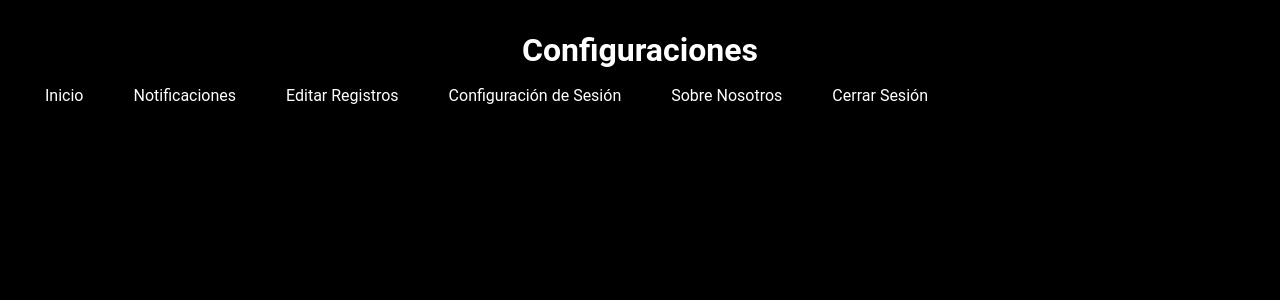
Repository: EddyWebz/updat
Page: privado/config.html
These files come from the project's save history. The page is drawn as it stood at one moment and after the next save; the edit follows.
The browser window is 1280 px wide. The pictures show the whole page.

Above is the page before, as saved 2024-09-15 16:44:24.

### privado/config.html
<!DOCTYPE html>
<html lang="es">
<head>
    <meta charset="UTF-8">
    <meta name="viewport" content="width=device-width, initial-scale=1, maximum-scale=1, user-scalable=no">
    <title>Configuraciones</title>
    <link rel="stylesheet" href="/config.css">
    <link rel="apple-touch-icon" sizes="180x180" href="/ico/apple-touch-icon.png">
    <link rel="icon" type="image/png" sizes="32x32" href="/ico/favicon-32x32.png">
    <link rel="icon" type="image/png" sizes="16x16" href="/ico/favicon-16x16.png">
    <link rel="manifest" href="/ico/site.webmanifest">
    <link rel="stylesheet" href="https://cdnjs.cloudflare.com/ajax/libs/font-awesome/6.0.0-beta3/css/all.min.css">
</head>

<body>
    <header>
        <h1>Configuraciones</h1>
    </header>

    <!-- Menú desplegable para móviles -->
    <div class="dropdown-menu">
        <button class="menu-icon">
            <i class="fas fa-bars"></i> <!-- Ícono de Font Awesome -->
        </button>
        <div class="dropdown-content">
            <a href="#" id="home-link">Inicio</a>
            <a href="#" id="notifications-link">Notificaciones</a>
            <a href="#" id="editarRegistros">Editar Registros</a>
            <a href="#" id="configSesion">Configuración de Sesión</a>
            <a href="#" id="sobreNosotros">Sobre Nosotros</a>
            <a href="#" id="logout-button">Cerrar Sesión</a>
        </div>
    </div>

    <!-- Secciones de contenido ocultas inicialmente -->
    <div id="contenido-editar" style="display: none;">
        <h2>Editar Registros</h2>
        <!-- Opciones de Fechas -->
    <select id="dateOption" name="dateOption">
    <option value="7days">Últimos 7 días</option>
    <option value="15days">Últimos 15 días</option>
    <option value="1month" selected>Último mes</option>
    <option value="2months">Últimos 2 meses</option>
    <option value="manual">Personalizado</option>
    </select>

    <!-- Campos para el rango de fechas personalizado -->
    <div id="customDate" style="display: none;">  <!-- Inicialmente oculto -->
    <label for="startDate">Fecha de inicio:</label>
    <input type="date" id="startDate" name="startDate">

    <label for="endDate">Fecha de fin:</label>
    <input type="date" id="endDate" name="endDate">
    </div>

                <section id="history">
                    <input type="text" id="searchInput" placeholder="Buscar por nombre o placa">
                    <button id="searchButton">Buscar</button>
                    <div id="searchCards" style="display: none;">
                        <div id="searchResults" ></div>
                    </div>

                </section>

    </div>

    <div id="contenido-sesion" style="display: none;">
        <h2>Configuración de Sesión</h2>
        <p>Aquí puedes configurar tu sesión.</p>
        <p>Aquí tienes dos párrafos de texto "Lorem Ipsum":

            Lorem ipsum dolor sit amet, consectetur adipiscing elit. Praesent tincidunt sapien eget augue dictum, in cursus neque consectetur. Nulla facilisi. Integer ac augue ut velit convallis facilisis non a magna. Nulla malesuada augue sit amet magna fermentum, sed vulputate sapien finibus. Ut viverra orci at orci vulputate, a condimentum metus facilisis. Proin non faucibus augue. Duis maximus, sapien ac efficitur rhoncus, libero lacus convallis augue, vel dapibus ligula dolor nec mauris. Vestibulum tempor libero at turpis consequat vehicula. Sed luctus metus sit amet mauris malesuada, ac pharetra velit tincidunt. Ut feugiat magna eu libero dapibus tincidunt.

            Sed suscipit urna a erat scelerisque suscipit. Etiam ac nibh ac tortor mollis sollicitudin. Vivamus pellentesque velit non suscipit hendrerit. Phasellus feugiat elit eu purus suscipit, et ultricies nunc tempor. Nulla facilisi. Ut auctor sapien at magna vestibulum tincidunt. Vestibulum scelerisque justo at dui aliquam, id viverra odio mollis. Integer dignissim libero non risus tincidunt, vel feugiat magna fringilla. Nunc vitae neque nec nisi porttitor fringilla ac id velit. Nam a urna vel tortor lobortis bibendum vel sed nisi. Curabitur a orci non ante fermentum scelerisque ac nec arcu. Proin in tellus nec enim maximus suscipit eget nec turpis.</p>
    </div>

    <div id="contenido-nosotros" style="display: none;">
        <h2>Acerca de Nosotros</h2>
        <p>Información sobre nosotros.</p>
<p>Aquí tienes dos párrafos de texto "Lorem Ipsum":

    Lorem ipsum dolor sit amet, consectetur adipiscing elit. Praesent tincidunt sapien eget augue dictum, in cursus neque consectetur. Nulla facilisi. Integer ac augue ut velit convallis facilisis non a magna. Nulla malesuada augue sit amet magna fermentum, sed vulputate sapien finibus. Ut viverra orci at orci vulputate, a condimentum metus facilisis. Proin non faucibus augue. Duis maximus, sapien ac efficitur rhoncus, libero lacus convallis augue, vel dapibus ligula dolor nec mauris. Vestibulum tempor libero at turpis consequat vehicula. Sed luctus metus sit amet mauris malesuada, ac pharetra velit tincidunt. Ut feugiat magna eu libero dapibus tincidunt.

    Sed suscipit urna a erat scelerisque suscipit. Etiam ac nibh ac tortor mollis sollicitudin. Vivamus pellentesque velit non suscipit hendrerit. Phasellus feugiat elit eu purus suscipit, et ultricies nunc tempor. Nulla facilisi. Ut auctor sapien at magna vestibulum tincidunt. Vestibulum scelerisque justo at dui aliquam, id viverra odio mollis. Integer dignissim libero non risus tincidunt, vel feugiat magna fringilla. Nunc vitae neque nec nisi porttitor fringilla ac id velit. Nam a urna vel tortor lobortis bibendum vel sed nisi. Curabitur a orci non ante fermentum scelerisque ac nec arcu. Proin in tellus nec enim maximus suscipit eget nec turpis.</p>
    <p>Aquí tienes dos párrafos de texto "Lorem Ipsum":

        Lorem ipsum dolor sit amet, consectetur adipiscing elit. Praesent tincidunt sapien eget augue dictum, in cursus neque consectetur. Nulla facilisi. Integer ac augue ut velit convallis facilisis non a magna. Nulla malesuada augue sit amet magna fermentum, sed vulputate sapien finibus. Ut viverra orci at orci vulputate, a condimentum metus facilisis. Proin non faucibus augue. Duis maximus, sapien ac efficitur rhoncus, libero lacus convallis augue, vel dapibus ligula dolor nec mauris. Vestibulum tempor libero at turpis consequat vehicula. Sed luctus metus sit amet mauris malesuada, ac pharetra velit tincidunt. Ut feugiat magna eu libero dapibus tincidunt.

        Sed suscipit urna a erat scelerisque suscipit. Etiam ac nibh ac tortor mollis sollicitudin. Vivamus pellentesque velit non suscipit hendrerit. Phasellus feugiat elit eu purus suscipit, et ultricies nunc tempor. Nulla facilisi. Ut auctor sapien at magna vestibulum tincidunt. Vestibulum scelerisque justo at dui aliquam, id viverra odio mollis. Integer dignissim libero non risus tincidunt, vel feugiat magna fringilla. Nunc vitae neque nec nisi porttitor fringilla ac id velit. Nam a urna vel tortor lobortis bibendum vel sed nisi. Curabitur a orci non ante fermentum scelerisque ac nec arcu. Proin in tellus nec enim maximus suscipit eget nec turpis.</p>
        <p>Aquí tienes dos párrafos de texto "Lorem Ipsum":

            Lorem ipsum dolor sit amet, consectetur adipiscing elit. Praesent tincidunt sapien eget augue dictum, in cursus neque consectetur. Nulla facilisi. Integer ac augue ut velit convallis facilisis non a magna. Nulla malesuada augue sit amet magna fermentum, sed vulputate sapien finibus. Ut viverra orci at orci vulputate, a condimentum metus facilisis. Proin non faucibus augue. Duis maximus, sapien ac efficitur rhoncus, libero lacus convallis augue, vel dapibus ligula dolor nec mauris. Vestibulum tempor libero at turpis consequat vehicula. Sed luctus metus sit amet mauris malesuada, ac pharetra velit tincidunt. Ut feugiat magna eu libero dapibus tincidunt.

            Sed suscipit urna a erat scelerisque suscipit. Etiam ac nibh ac tortor mollis sollicitudin. Vivamus pellentesque velit non suscipit hendrerit. Phasellus feugiat elit eu purus suscipit, et ultricies nunc tempor. Nulla facilisi. Ut auctor sapien at magna vestibulum tincidunt. Vestibulum scelerisque justo at dui aliquam, id viverra odio mollis. Integer dignissim libero non risus tincidunt, vel feugiat magna fringilla. Nunc vitae neque nec nisi porttitor fringilla ac id velit. Nam a urna vel tortor lobortis bibendum vel sed nisi. Curabitur a orci non ante fermentum scelerisque ac nec arcu. Proin in tellus nec enim maximus suscipit eget nec turpis.</p>
            <p>Aquí tienes dos párrafos de texto "Lorem Ipsum":

                Lorem ipsum dolor sit amet, consectetur adipiscing elit. Praesent tincidunt sapien eget augue dictum, in cursus neque consectetur. Nulla facilisi. Integer ac augue ut velit convallis facilisis non a magna. Nulla malesuada augue sit amet magna fermentum, sed vulputate sapien finibus. Ut viverra orci at orci vulputate, a condimentum metus facilisis. Proin non faucibus augue. Duis maximus, sapien ac efficitur rhoncus, libero lacus convallis augue, vel dapibus ligula dolor nec mauris. Vestibulum tempor libero at turpis consequat vehicula. Sed luctus metus sit amet mauris malesuada, ac pharetra velit tincidunt. Ut feugiat magna eu libero dapibus tincidunt.

                Sed suscipit urna a erat scelerisque suscipit. Etiam ac nibh ac tortor mollis sollicitudin. Vivamus pellentesque velit non suscipit hendrerit. Phasellus feugiat elit eu purus suscipit, et ultricies nunc tempor. Nulla facilisi. Ut auctor sapien at magna vestibulum tincidunt. Vestibulum scelerisque justo at dui aliquam, id viverra odio mollis. Integer dignissim libero non risus tincidunt, vel feugiat magna fringilla. Nunc vitae neque nec nisi porttitor fringilla ac id velit. Nam a urna vel tortor lobortis bibendum vel sed nisi. Curabitur a orci non ante fermentum scelerisque ac nec arcu. Proin in tellus nec enim maximus suscipit eget nec turpis.</p>
    </div>

    <!-- Scripts -->
    <script src="/config.js"></script>
</body>
</html>

### BASE-2/config.css
/* Estilos Generales */
body {
    background-color: #000000;
    color: #e0e0e0;
    font-family: 'Roboto', sans-serif;
    margin: 0;
    padding: 0;
    overflow-x: hidden; /* Evitar el desplazamiento horizontal */
    display: flex;
    flex-direction: column;
    min-height: 100vh; /* Asegurar que el cuerpo tenga al menos el tamaño completo de la ventana */
}
/* Asegurar que el pie de página esté siempre en la parte inferior */
html, body {
    height: 100%;
    margin: 0;
    padding: 0;
    display: flex;
    flex-direction: column;
}

/* Contenedor Principal que crecerá para ocupar el espacio restante */
main {
    flex-grow: 1;
    padding: 20px;
    overflow-y: auto; /* Permitir que el contenido principal sea desplazable si es necesario */
    background-color: #1b1b1b;
}




header {
    background-color: #000000;
    color: #ffffff;
    padding: 10px ; /* Ajustamos el padding para reducir el espacio */
    text-align: center;


}

/* Menú desplegable para móviles */
.dropdown-menu {
    position: relative;
    z-index: 900;
    margin-top: -80px; /* Mover hacia arriba */
    margin-left: 20px; /* Añadir espacio a la izquierda */
    margin-bottom: 30px;
}

.menu-icon {
    background-color: #1b1b1b;
    color: #b0b0b0;
    border: 2px solid #ff8c00;
    padding: 10px;
    border-radius: 5px;
    cursor: pointer;
    font-size: 18px;
    transition: background-color 0.3s ease-in-out, transform 0.3s ease-in-out;
    box-shadow: 0 4px 8px rgba(0, 0, 0, 0.5);
}

.menu-icon:hover {
    background-color: #2a2a2a;
    transform: scale(1.1);
}

.menu-icon.open {
    transform: rotate(90deg);
}

.dropdown-content {
    position: absolute;
    left: 0;
    top: 100%;
    background-color: rgba(27, 27, 27, 0.95);
    min-width: 160px;
    box-shadow: 0px 8px 16px 0px rgba(0, 0, 0, 0.2);
    border-radius: 5px;
    z-index: 900;
    opacity: 0;
    transform: translateY(-10px);
    transition: opacity 0.4s ease, transform 0.4s ease;
    visibility: hidden;
    pointer-events: none;
}

.dropdown-content.show {
    opacity: 1;
    transform: translateY(0);
    visibility: visible;
    pointer-events: auto;
}

.dropdown-content a {
    color: #b0b0b0;
    padding: 12px 16px;
    text-decoration: none;
    display: block;
    transition: background-color 0.3s;
    border-bottom: 1px solid #2a2a2a;
}

.dropdown-content a:hover {
    background-color: #2a2a2a;
}

/* Para pantallas grandes: menú horizontal */
@media screen and (min-width: 972px) {
    /* Ocultar el ícono del menú desplegable en pantallas grandes */
    .menu-icon {
        display: none;
    }

    .dropdown-menu {
        display: flex;
        justify-content: flex-start; /* Alineamos el menú hacia la izquierda */
        background-color: #1b1b1b;
        margin-top: 30px; /* Mover hacia arriba */
        padding-left: 10px; /* Ajustamos el padding para que no quede pegado a la izquierda */
        margin-left: 10px; /* Añadir espacio a la izquierda */
        margin-right: 10px;
    }

    .dropdown-content {
        position: relative;
        display: flex;
        justify-content: flex-start; /* Comienza desde la izquierda */
        background-color: transparent;
        visibility: visible;
        opacity: 1;
        transform: none;
        pointer-events: auto;
        box-shadow: none;
    }

    .dropdown-content a {
        color: #ffffff;
        padding: 10px 15px;
        margin: 0 10px;
        border: none;
        display: inline-block;
        background-color: transparent;
        margin-top: -55px; /* Sube los botones 5px */
    }

    .dropdown-content a:hover {
        background-color: #ff8c00;
        color: #000000;
    }
}

/* Secciones de contenido que se mostrarán al hacer clic */
#contenido-editar, #contenido-sesion, #contenido-nosotros {
    margin-top: 0px;
    padding: 20px;
    background-color: #1b1b1b;
    color: #e0e0e0;
    display: none; /* Ocultar las secciones inicialmente */
    flex-grow: 1;
    overflow-y: auto; /* Habilitar scroll dentro de las secciones si es necesario */
    max-height: calc(100vh - 100px); /* Limitar la altura de las secciones, ajustando según el tamaño de la pantalla */
    transition: all 0.4s ease;


}

#contenido-editar, #contenido-sesion, #contenido-nosotros h2{
    margin-top: 0px;
    padding-top: 0px;
}


#contenido-editar {
    background-color: #121212; /* Un color ligeramente más claro para resaltar la sección */
    border-radius: 10px; /* Añadir bordes redondeados */
    padding: 20px;
    box-shadow: 0 4px 10px rgba(0, 0, 0, 0.5); /* Sombra para destacar */
}

#contenido-editar h2 {
    margin-top: 0; /* Mantener el margen y padding */
    padding-top: 0;
    font-size: 1.8rem; /* Aumentar un poco el tamaño del texto */
    color: #ff8c00; /* Cambiar color para destacar el título */
}

/* Estilo del select de fechas */
#dateOption {
    background-color: #1b1b1b;
    color: #b0b0b0;
    border: 1px solid #ff8c00;
    padding: 10px;
    border-radius: 6px;
    width: 40%;
    box-shadow: 0 4px 8px rgba(0, 0, 0, 0.2);
    transition: background-color 0.3s ease, border-color 0.3s ease;
    margin-bottom: 10px;
}

#dateOption:hover {
    background-color: #2a2a2a;
    border-color: #ff8c00;
}


/* Ajustes para los campos personalizados */
#customDate {
    display: block;
    margin-top: 10px;
    margin-bottom: 10px;
    width: 60%; /* El ancho general del contenedor */
}

#customDate input {
    display: block;
    background-color: #1b1b1b;
    color: #b0b0b0;
    border: 1px solid #ff8c00;
    padding: 8px;
    border-radius: 6px;
    width: 100%; /* Los inputs ocupan todo el ancho del contenedor */
    margin-bottom: 10px;
    transition: background-color 0.3s ease, border-color 0.3s ease;
}




/* Boton principal historial apertura / { campo fecha }*/
@media only screen and (max-width: 768px) {

/* estylos de la seccion fecha */

    #customDate {
        width: 80%; /* En móviles, que ocupe casi todo el ancho */
        flex-direction: column; /* Colocar los campos en columnas */
        justify-content: center; /* Alinear los elementos en el centro */
        gap: 10px;
    }

    #customDate input {
        width: 90%; /* En móviles, los campos deben ocupar todo el ancho del contenedor */
    }
}

/* Estilos para la búsqueda */
#searchInput {
    width: calc(100% - 120px);
    padding: 10px;
    margin-bottom: 10px;
    border: 1px solid #2a2a2a;
    border-radius: 4px;
    background-color: #121212;
    color: #b0b0b0;
    transition: border-color 0.3s, box-shadow 0.3s, background-color 0.3s;
}

#searchInput:hover {
    background-color: #1f1f1f; /* Oscurecer ligeramente el fondo */
    border-color: #ff8c00;
}

#searchButton {
    width: 100px;
    padding: 10px;
    margin-left: 10px;
    background-color: #ff8c00;
    color: #ffffff;
    border: none;
    border-radius: 6px;
    cursor: pointer;
    box-shadow: 0 4px 8px rgba(0, 0, 0, 0.2);
    transition: background-color 0.3s, box-shadow 0.3s;
}

#searchButton:hover {
    background-color: #d2691e;
    box-shadow: 0 6px 12px rgba(0, 0, 0, 0.3);
}

#searchResults h3 {
    color: #ff8c00;
}

#searchCards .history-card {
    margin-bottom: 10px;
}

/* Estilos para el contenedor de tarjetas de búsqueda */
#searchResults {
    display: grid;
    grid-template-columns: repeat(auto-fit, minmax(300px, 1fr)); /* Ajusta el número de columnas automáticamente */
    grid-gap: 20px; /* Espaciado entre tarjetas */
    margin-top: 20px;
    padding: 20px; /* Añadir padding dentro del contenedor */
    margin-bottom: 20px; /* Espaciado inferior para no cortar la última tarjeta */
}

/* Estilos de las tarjetas individuales de búsqueda */
.search-card {
    background-color: #1b1b1b;
    border: 1px solid #2a2a2a;
    padding: 15px;
    border-radius: 6px;
    box-shadow: 0 4px 8px rgba(0, 0, 0, 0.3);
    transition: box-shadow 0.3s ease-in-out, transform 0.3s ease-in-out;
    flex-direction: column; /* Asegura que el contenido interno esté bien alineado */
}

/* Efecto hover para las tarjetas de búsqueda */
.search-card:hover {
    background-color: #2a2a2a; /* Cambiar el color de fondo al hacer hover */
    box-shadow: 0 8px 16px rgba(0, 0, 0, 0.6); /* Aumentar la sombra */
    transform: translateY(-5px); /* Mover ligeramente hacia arriba */
    transition: background-color 0.3s ease, box-shadow 0.3s ease, transform 0.3s ease;
}

.search-card div {
    margin-bottom: 5px;
}

/* Estilos para las imágenes dentro de las tarjetas de búsqueda */
.search-card img {
    width: 60px;
    height: 60px;
    cursor: pointer;
    margin-right: 10px;
    border: 1px solid #2a2a2a;
    border-radius: 4px;
    transition: transform 0.3s;
}

.search-card img:hover {
    transform: scale(1.1);
}


/* Responsividad para pantallas pequeñas */
@media (max-width: 680px) {
    header {
        padding: 20px 0;
    }

    main {
        margin: 10px;
        padding: 15px;
    }

    form input, form select, form textarea, form button {
        font-size: 14px;
        padding: 10px;
    }
}

@media (max-width: 680px) {
    header {
        padding: 15px 0;
    }

    main {
        margin: 5px;
        padding: 10px;
    }

    form input, form select, form textarea, form button {
        font-size: 12px;
        padding: 8px;
    }
}

/* Ajustes para pantallas grandes */
@media (min-width: 1024px) {
    #searchResults {
        grid-template-columns: repeat(3, 1fr); /* Muestra 3 tarjetas en pantallas grandes */
    }
}

/* Ajustes para pantallas medianas */
@media (min-width: 680px) and (max-width: 1024px) {
    #searchResults {
        grid-template-columns: repeat(2, 1fr); /* Muestra 2 tarjetas en pantallas medianas */
    }
}

/* Ajustes para pantallas pequeñas */
@media (max-width: 680px) {
    #searchResults {
        grid-template-columns: repeat(1, 1fr); /* Muestra 1 tarjeta en pantallas pequeñas */
    }
}

Loaded but not shown: BASE-2/config.js (230 lines, source omitted)

After the next save:
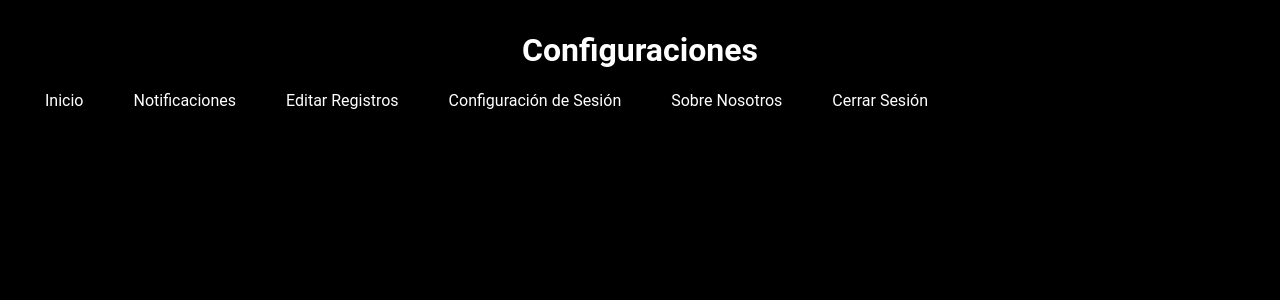
Saved 59 s later.
--- a/BASE-2/config.css
+++ b/BASE-2/config.css
@@ -141,7 +141,7 @@ header {
         border: none;
         display: inline-block;
         background-color: transparent;
-        margin-top: -55px; /* Sube los botones 5px */
+        margin-top: -50px; /* Sube los botones 5px */
     }
 
     .dropdown-content a:hover {
